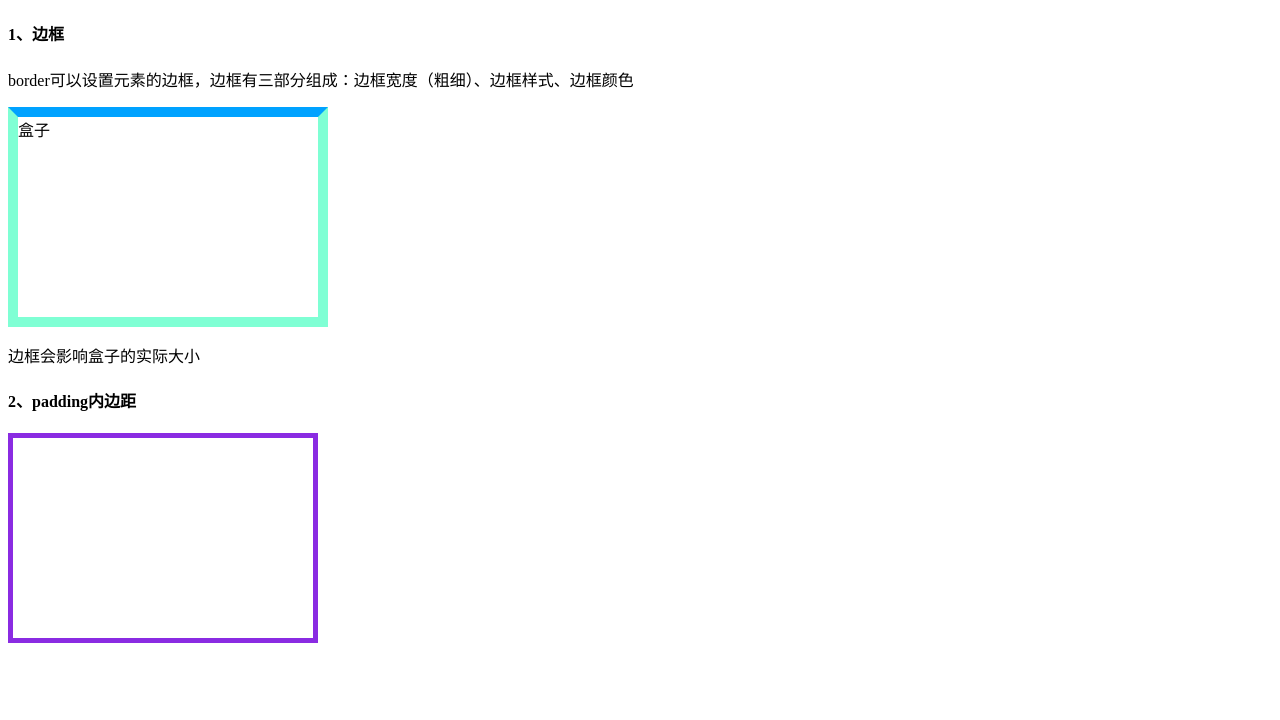
Repository: zhengdeya/web-based
Page: 27-盒子模型.html
The author's editor kept a copy of each file at every save. The page is drawn from the files as they stood at one save, then again after the next save.
The browser window is 1280 px wide. The pictures show the whole page.

Above is the page before, as saved 2021-04-09 16:12:47.

### 27-盒子模型.html
<!DOCTYPE html>
<html lang="en">

<head>
    <meta charset="UTF-8">
    <meta http-equiv="X-UA-Compatible" content="IE=edge">
    <meta name="viewport" content="width=device-width, initial-scale=1.0">
    <title>盒子模型</title>
    <style>
        .box {
            width: 300px;
            height: 200px;
        }

        .border1 {
            /* 边框粗细 一般用 px 做单位*/
            border-width: 10px;

            /* 实线边框 dashed 为虚线 */
            border-style: solid;
            /* border-style: dashed; */

            /* 边框颜色 */
            border-color: aquamarine;

            /* 复合写法，没有顺序 */
            /* border: 1px solid red; */

            /* 单独制定某条边框 */
            border-top-color: rgb(0, 162, 255);
        }

        .border2 {
            border: 5px solid blueviolet;
        }
    </style>
</head>

<body>
    <h4>1、边框</h4>
    <p>border可以设置元素的边框，边框有三部分组成：边框宽度（粗细）、边框样式、边框颜色</p>
    <div class="box border1">盒子</div>
    <p>边框会影响盒子的实际大小</p>

    <h4>2、padding内边距</h4>
    <div class="box border2"></div>
</body>

</html>

After the next save:
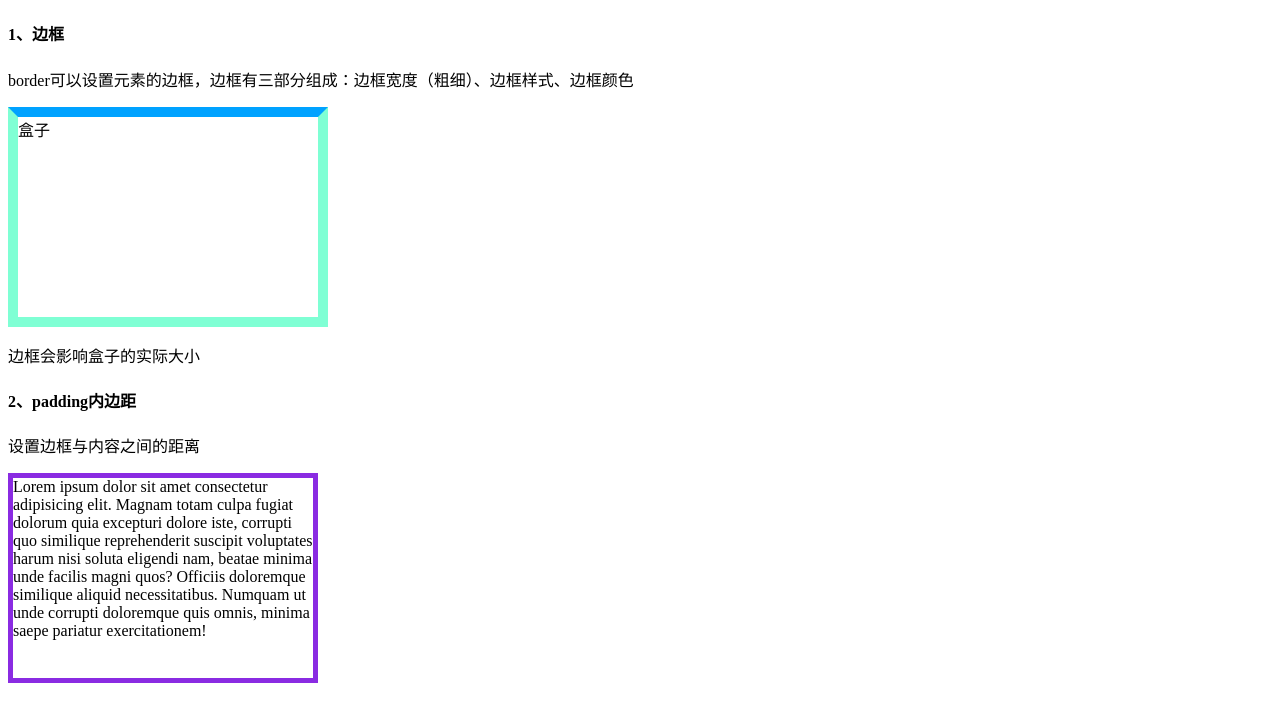
Saved 65 s later.
--- a/27-盒子模型.html
+++ b/27-盒子模型.html
@@ -43,7 +43,11 @@
     <p>边框会影响盒子的实际大小</p>
 
     <h4>2、padding内边距</h4>
-    <div class="box border2"></div>
+    <p>设置边框与内容之间的距离</p>
+    <div class="box border2">Lorem ipsum dolor sit amet consectetur adipisicing elit. Magnam totam culpa fugiat dolorum
+        quia excepturi dolore iste, corrupti quo similique reprehenderit suscipit voluptates harum nisi soluta eligendi
+        nam, beatae minima unde facilis magni quos? Officiis doloremque similique aliquid necessitatibus. Numquam ut
+        unde corrupti doloremque quis omnis, minima saepe pariatur exercitationem!</div>
 </body>
 
 </html>
